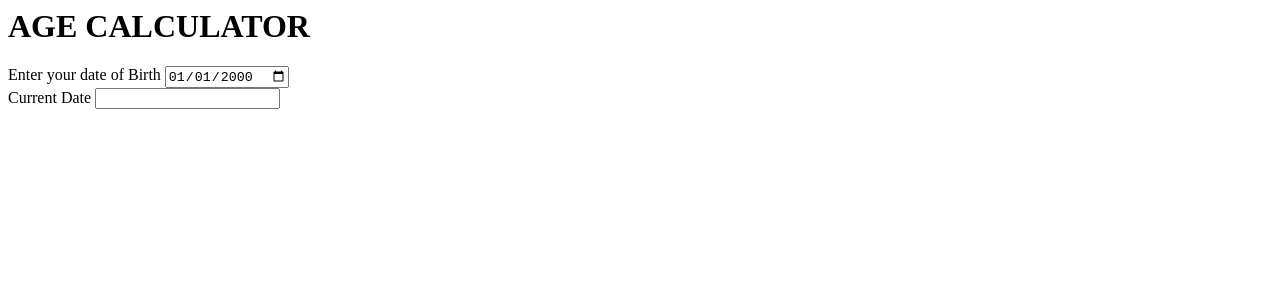
Repository: Femi007-gh/Calculator
Page: index.html
The author's editor kept a copy of each file at every save. The page is drawn from the files as they stood at one save, then again after the next save.
The browser window is 1280 px wide. The pictures show the whole page.

Above is the page before, as saved 2025-03-27 07:28:09.
Not found: script.js

### index.html
<html>
  <head>
    <title></title>
    <script src="script.js"></script>
  </head>
  <body>
    <div>
      <div>
        <h1>AGE CALCULATOR</h1>
      </div>
      <div>
        <label>Enter your date of Birth</label>
        <input id="inputDOB" type="date" value="2000-01-01">
      </div>
      <div>
        <label>Current Date</label>
        <input id="cDOB" >
      </div>
    </div>
  </body>
</html>

After the next save:
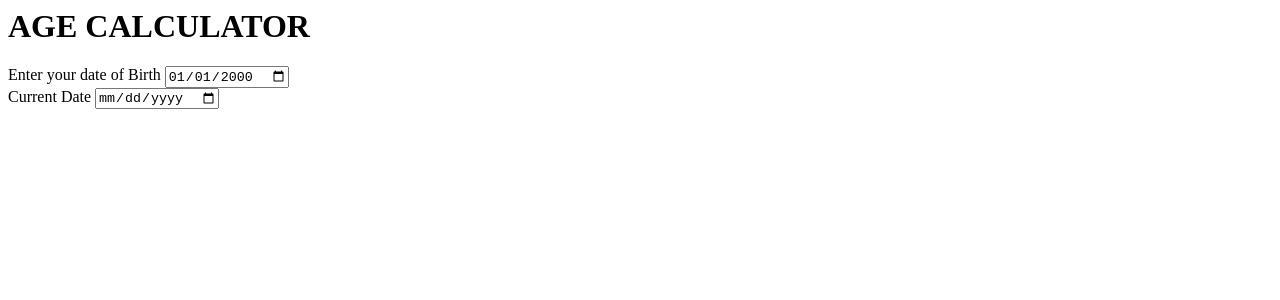
Saved 5 s later.
--- a/index.html
+++ b/index.html
@@ -14,7 +14,7 @@
       </div>
       <div>
         <label>Current Date</label>
-        <input id="cDOB" >
+        <input id="cDOB" type="date">
       </div>
     </div>
   </body>
